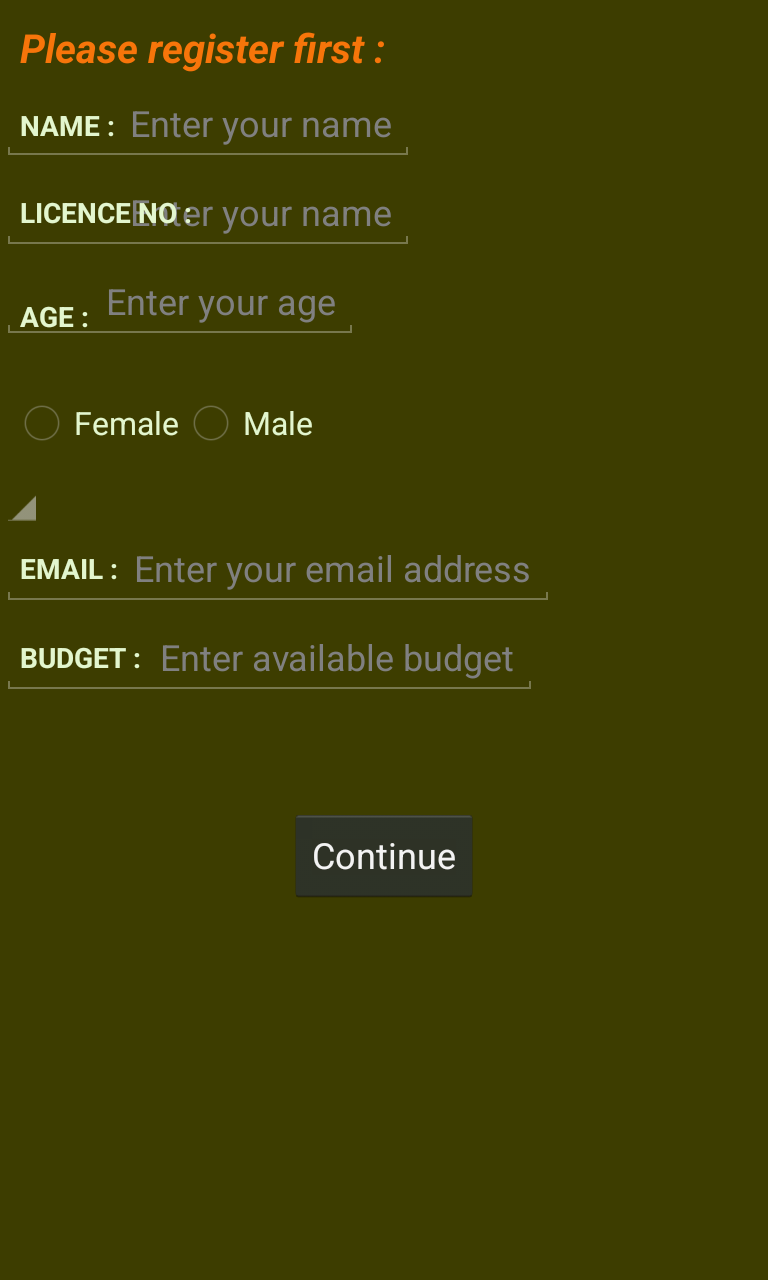
Repository: Adammdit/DT2283GUI
Layout: GunSmoke/res/layout/activity_details_form.xml
The author's editor kept a copy of each file at every save. The layout is drawn from the files as they stood at one save, then again after the next save.
It is drawn on a 768 x 1280 px phone screen (xhdpi) without system bars, with theme android:Theme.Holo; the app's code is not run.

Above is the layout before, as saved 2014-11-09 16:25:10.

After the next save:
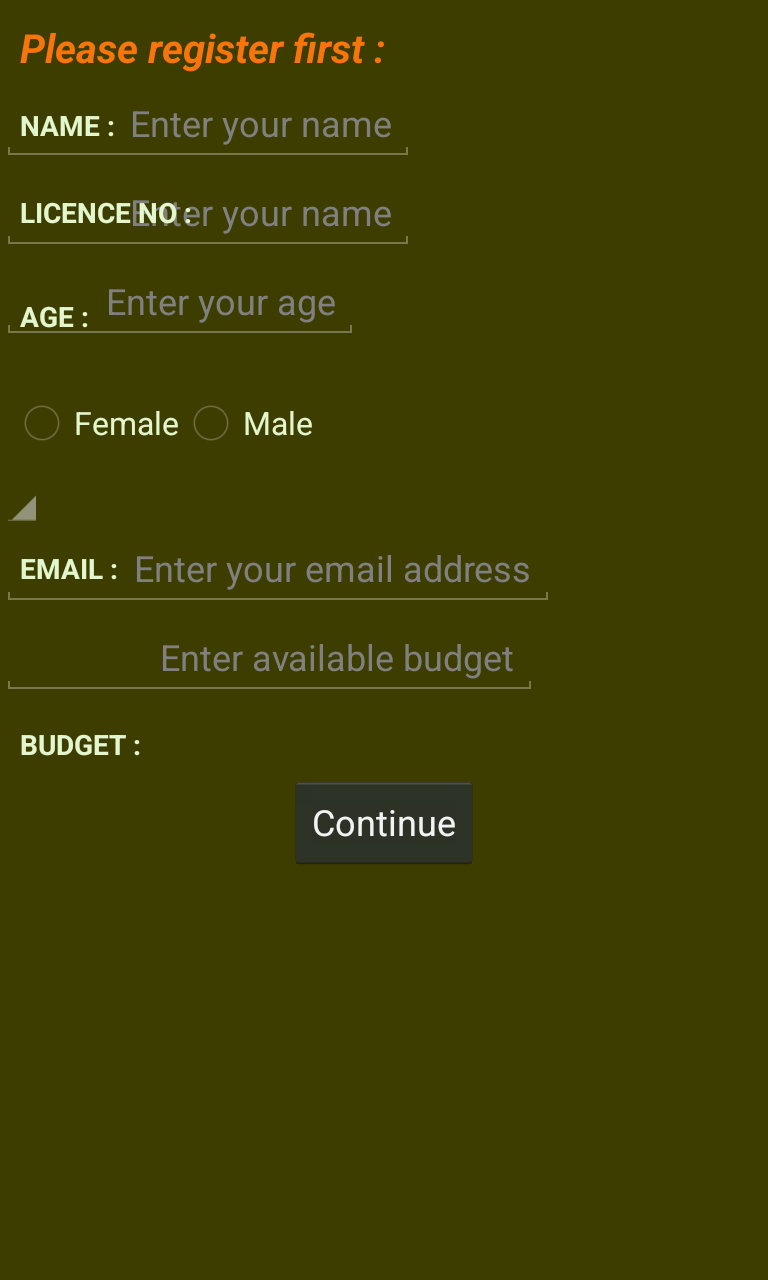
Saved 4 min 42 s later.
--- a/GunSmoke/res/layout/activity_details_form.xml
+++ b/GunSmoke/res/layout/activity_details_form.xml
@@ -8,13 +8,13 @@
     <!-- Allows to scrool in vertical possition -->
     <ScrollView
     	android:layout_width="fill_parent"
-    	android:layout_height="fill_parent">
+    	android:layout_height="fill_parent"
+    	>
 
     	<LinearLayout
     	    android:layout_width="fill_parent"
     	    android:layout_height="0dp"
-    	    android:orientation="vertical"
-    	    android:layout_marginBottom="5dp" >
+    	    android:orientation="vertical" >
 
     		<FrameLayout
 	    		android:id="@+id/name"
@@ -163,14 +163,16 @@
 		    		android:textColor="#E3F6CE"
 			        android:paddingLeft="10dp"
 			        android:text="@string/budgetLabel" />
-			</FrameLayout>
-
-			<Button
+				<Button
 			    android:id="@+id/continueButton"
 			    android:layout_width="wrap_content"
 			    android:layout_height="wrap_content"
 			    android:text="@string/buttonLabel"
-			    android:layout_gravity="center_horizontal" />
+			    android:layout_gravity="center_horizontal"
+			    android:layout_marginTop="78dp"  />
+			</FrameLayout>
+
+
 
 		</LinearLayout>
 	</ScrollView>
